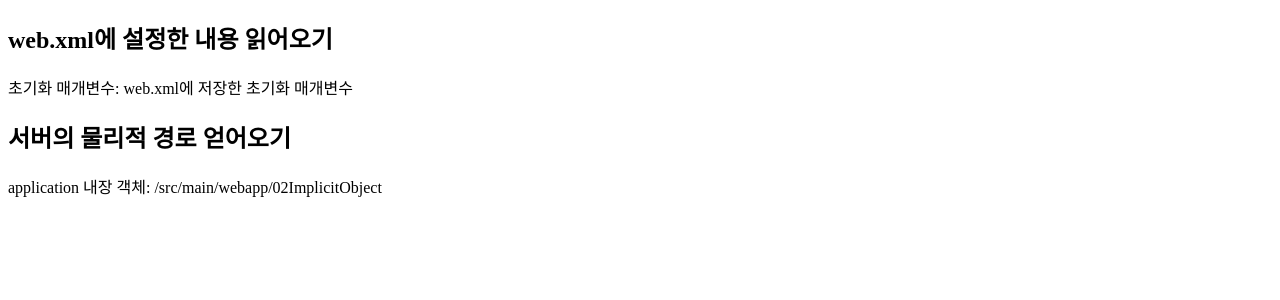
Repository: bhj305/JSP_Servlet
Page: http://localhost/MustHaveJSP/02ImplicitObject/ApplicationMain.jsp
These files come from the project's save history. The page is drawn as it stood at one moment and after the next save; the edit follows.
The browser window is 1280 px wide. The pictures show the whole page.
The page is served by Tomcat 10.

Above is the page before, as saved 2025-05-07 01:08:14.

After the next save:
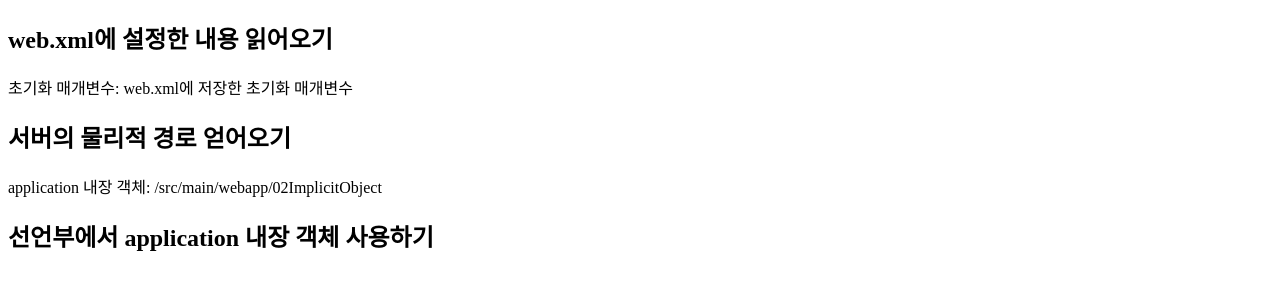
Saved 91 s later.
--- a/MustHaveJSP/src/main/webapp/02ImplicitObject/ApplicationMain.jsp
+++ b/MustHaveJSP/src/main/webapp/02ImplicitObject/ApplicationMain.jsp
@@ -9,7 +9,13 @@
 	<body>
 		<h2>web.xml에 설정한 내용 읽어오기</h2>
 		초기화 매개변수: <%= application.getInitParameter("INIT_PARAM") %>
+
 		<h2>서버의 물리적 경로 얻어오기</h2>
 		application 내장 객체: <%= application.getRealPath("/02ImplicitObject") %>
+
+		<h2>선언부에서 application 내장 객체 사용하기</h2>
+		<%!
+
+		%>
 	</body>
 </html>
